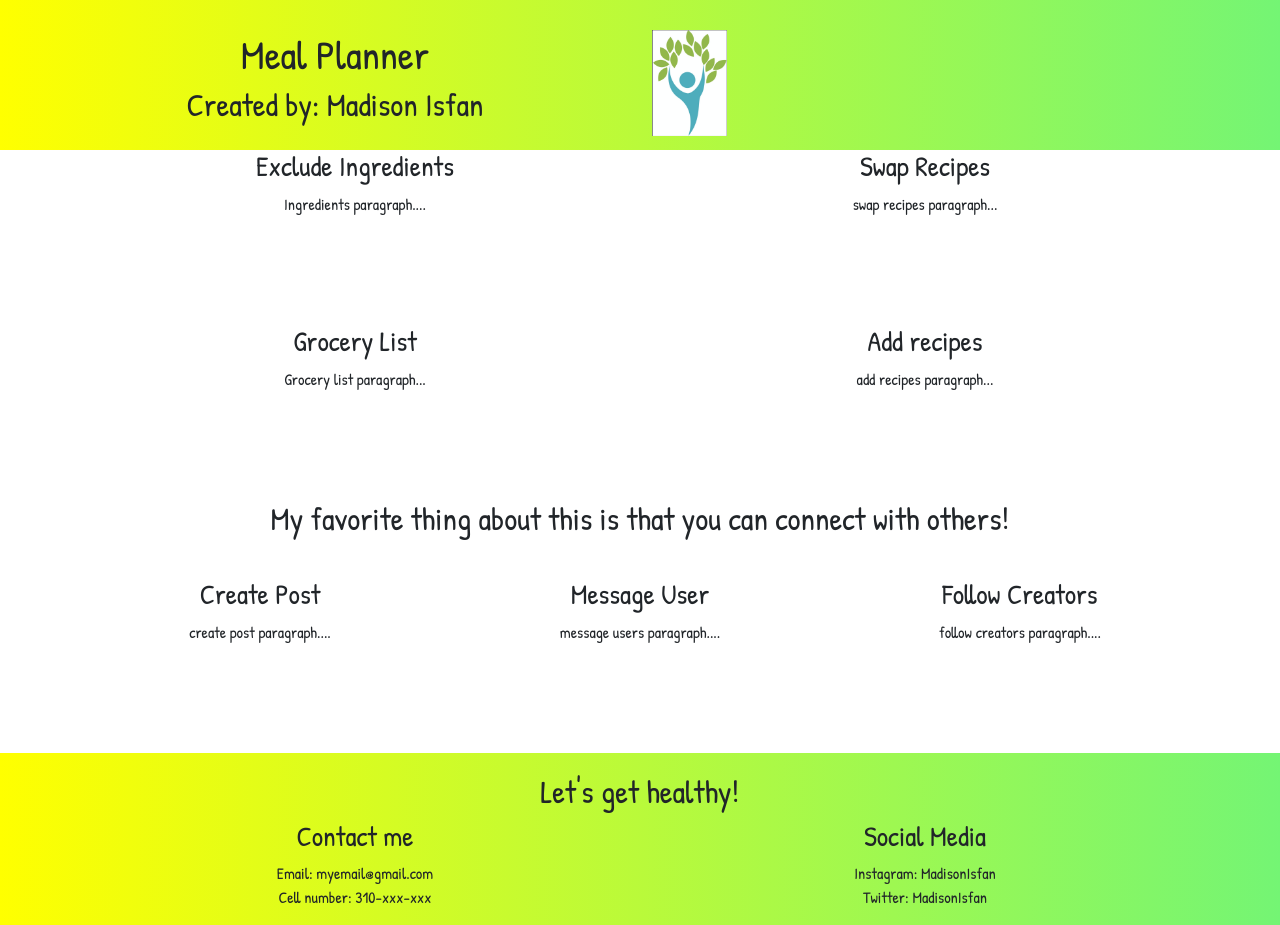
Repository: madisonisfan/Meal-Planner
Page: index.html
These files come from the project's save history. The page is drawn as it stood at one moment and after the next save; the edit follows.
The browser window is 1280 px wide. The pictures show the whole page.
Some web libraries are served in a nearby version.

Above is the page before, as saved 2021-02-19 10:47:49.

After the next save:
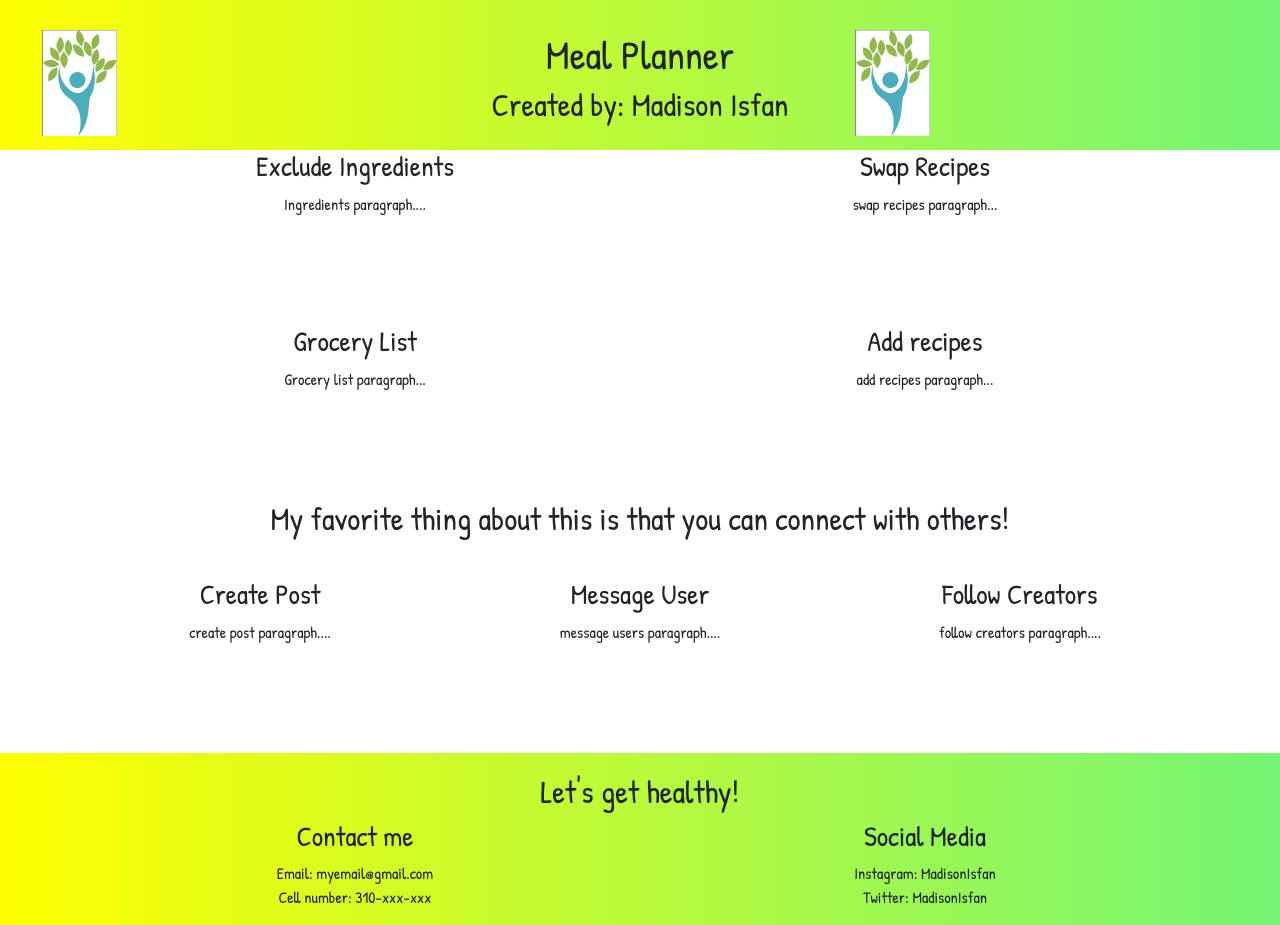
Saved 11 s later.
--- a/index.html
+++ b/index.html
@@ -16,6 +16,9 @@
     <header class="jumbotron">
         <div class="container-fluid">
             <div class="row align-self-center"  >
+                <div class="col text-leftt ">
+                    <img src="healthySymbolSc.jpg">
+                </div>
                 <div class="col text-center">
                     <h1>Meal Planner</h1>
                     <h2>Created by: Madison Isfan</h2>
